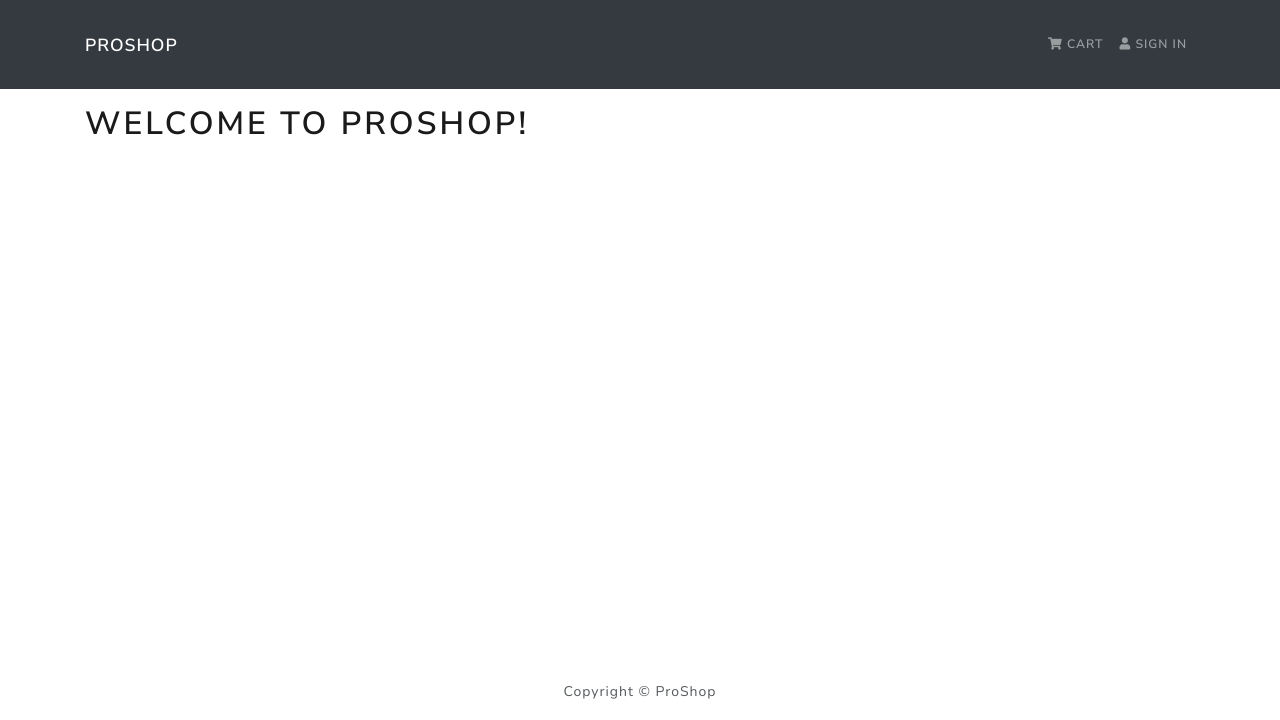
Repository: Lithium87/proshop
Page: / (app in frontend/)
These files come from the project's save history. The page is drawn as it stood at one moment and after the next save; the edit follows.
The browser window is 1280 px wide. The pictures show the whole page.
The project was rebuilt for these pictures with package versions that can differ from the ones it lists, and the page was loaded fresh each time.

Above is the page before, as saved 2021-09-09 21:27:21.

After the next save:
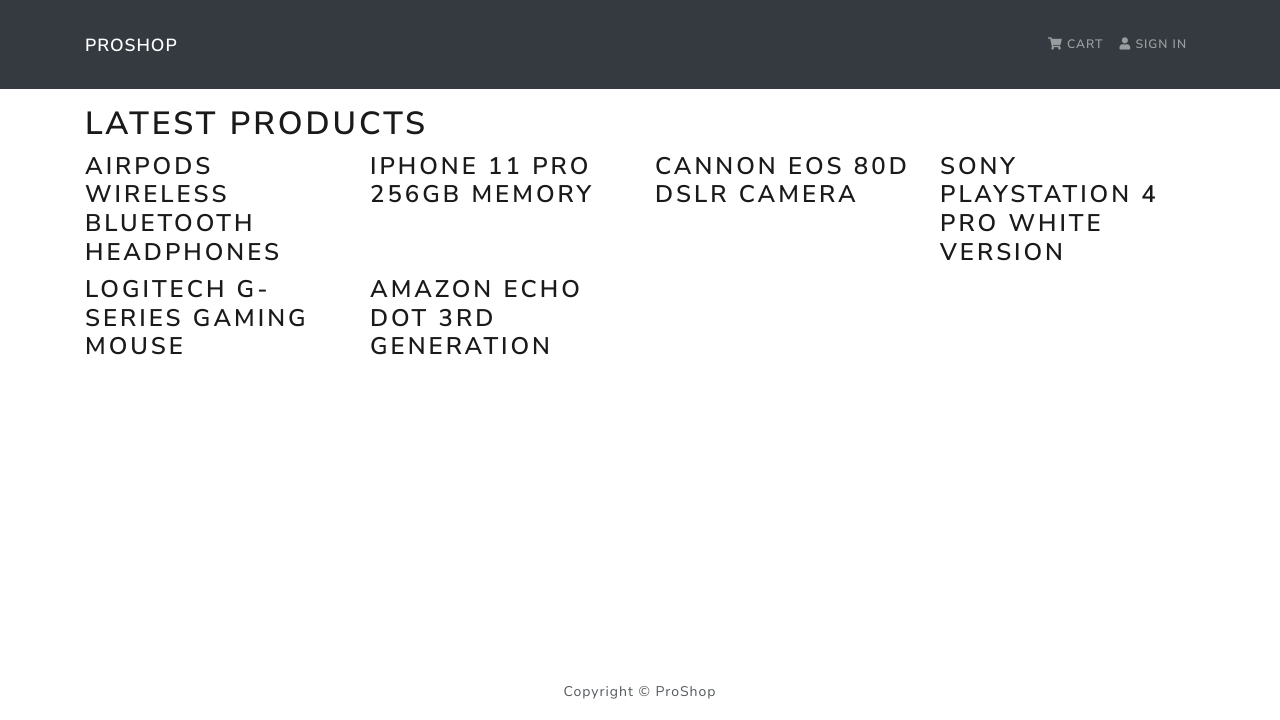
Saved 89 s later.
--- a/frontend/src/App.js
+++ b/frontend/src/App.js
@@ -2,6 +2,7 @@
 import {Container} from 'react-bootstrap';
 import Header from './components/Header';
 import Footer from './components/Footer';
+import HomeScreen from './screens/HomeScreen';
 
 const App = () => {
   return (
@@ -9,7 +10,7 @@
       <Header />
       <main className='py-3'>
         <Container>
-          <h1>Welcome to ProShop!</h1>
+          <HomeScreen />
         </Container>
       </main>
       <Footer />
